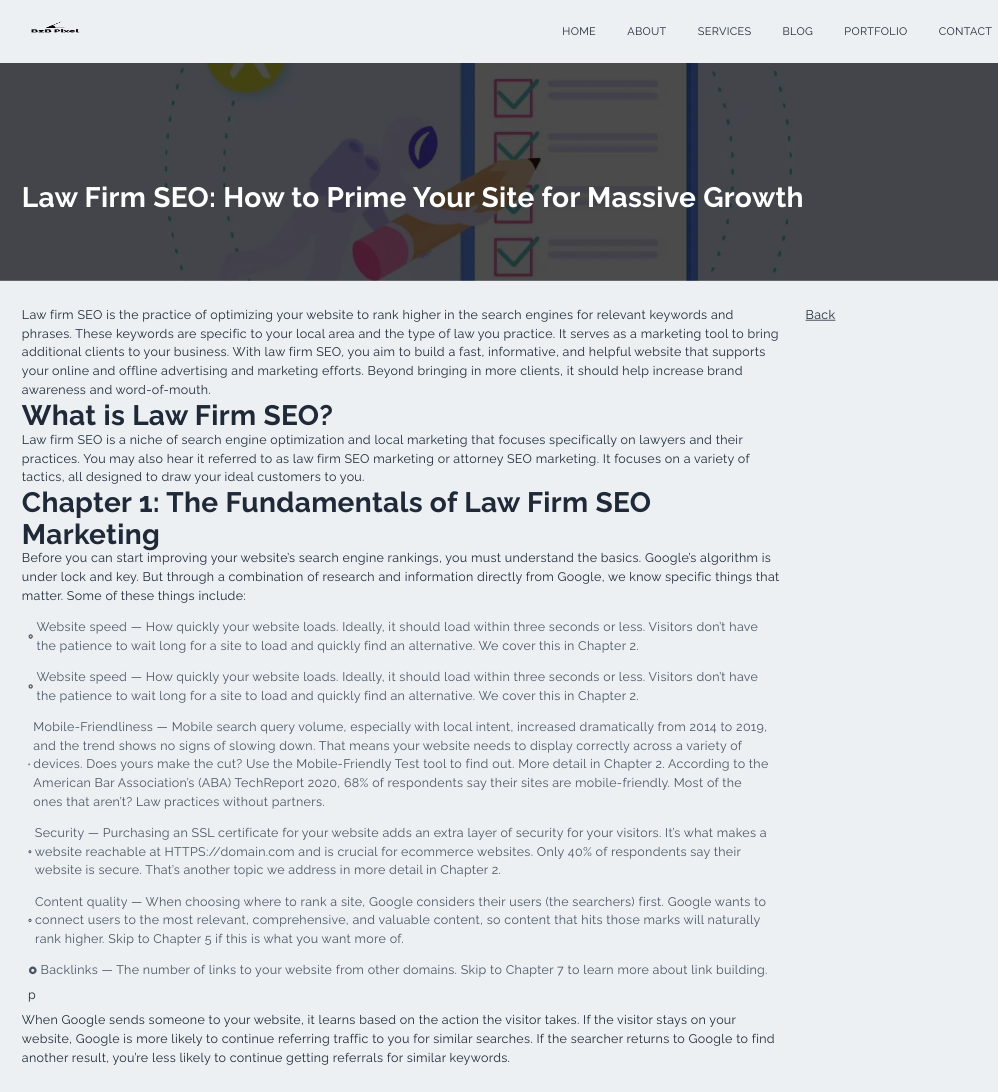
Repository: DID0101/nextjs.b2b
Page: /netflix
The author's editor kept a copy of each file at every save. The page is drawn from the files as they stood at one save, then again after the next save.
The browser window is 1280 px wide. The pictures show the whole page, at 78% of full size.
The project was rebuilt for these pictures with package versions that can differ from the ones it lists, and the page was loaded fresh each time. The framework's server and built-in components were replaced by stand-ins that run in the browser. Also part of the build but not shown: next.config.js.

Above is the page before, as saved 2024-01-22 03:58:02.

After the next save:
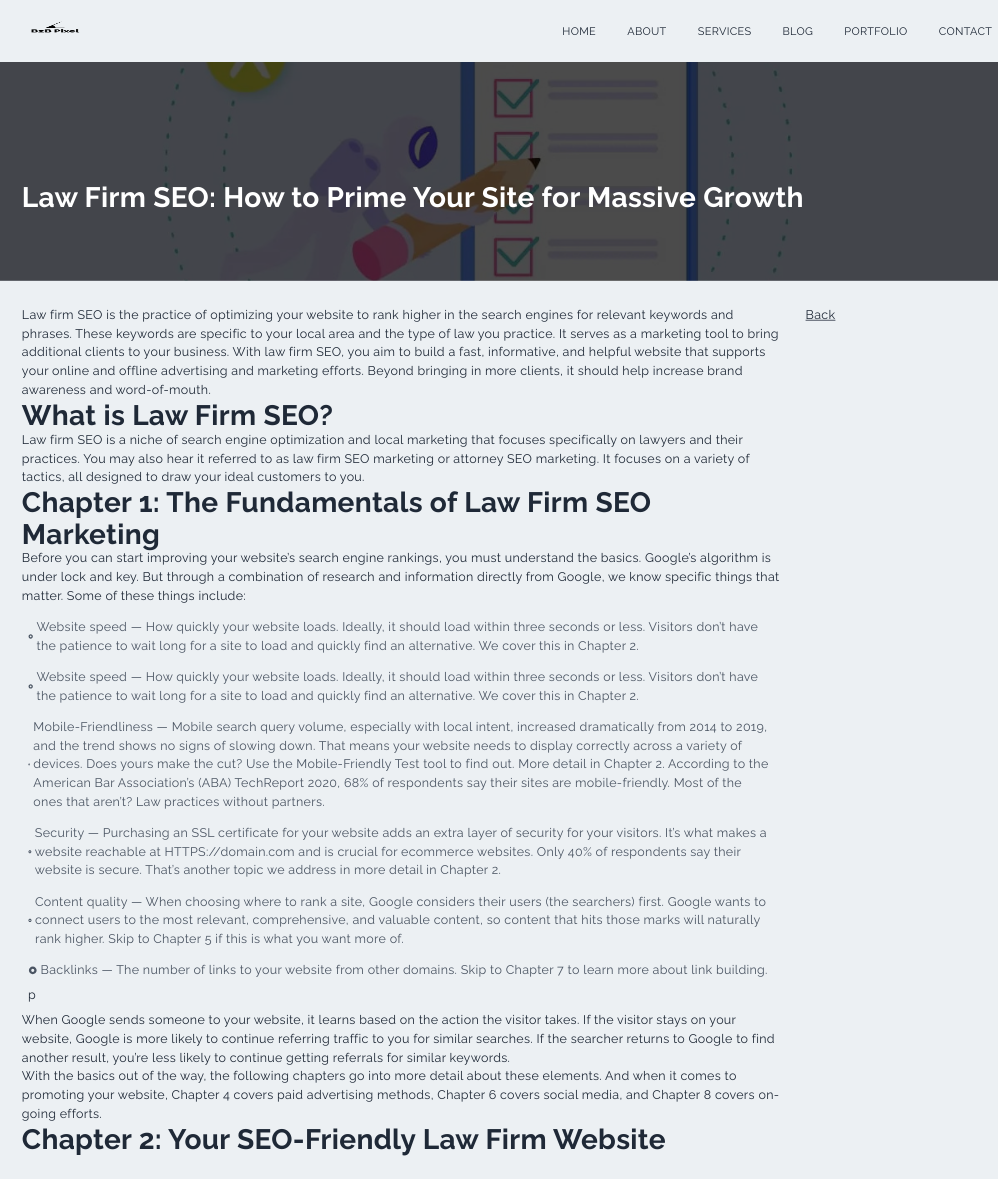
Saved 91 s later.
--- a/pages/netflix.jsx
+++ b/pages/netflix.jsx
@@ -71,7 +71,10 @@
 
           </p>
           <p>When Google sends someone to your website, it learns based on the action the visitor takes. If the visitor stays on your website, Google is more likely to continue referring traffic to you for similar searches. If the searcher returns to Google to find another result, you’re less likely to continue getting referrals for similar keywords. </p>
-
+          <p> </p>
+          <p>With the basics out of the way, the following chapters go into more detail about these elements. And when it comes to promoting your website, Chapter 4 covers paid advertising methods, Chapter 6 covers social media, and Chapter 8 covers on-going efforts.</p>
+          <p></p>
+          <h2>Chapter 2: Your SEO-Friendly Law Firm Website</h2>
 
           {/* <a
             href='https://github.com/fireclint/netflix-react-tailwind'
